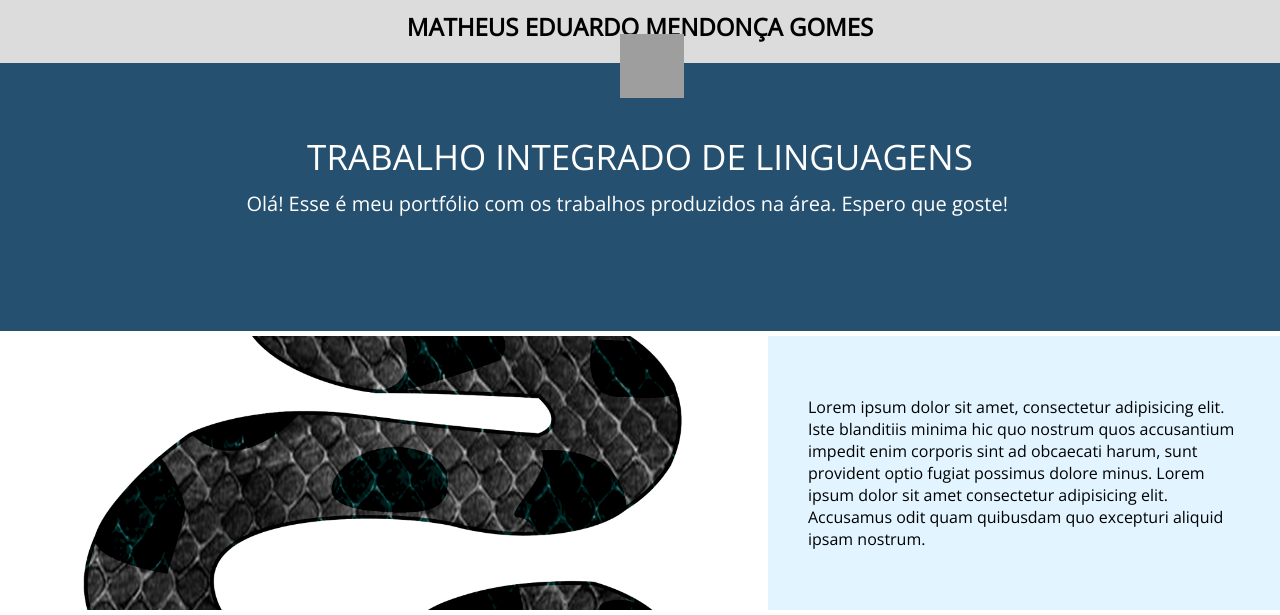
Repository: NewMatheusED/portfolio-linguagens
Page: index.html
These files come from the project's save history. The page is drawn as it stood at one moment and after a run of saves; the edit follows.
The browser window is 1280 px wide. The pictures show the part of the page from y = 0 to 615 px (the page is 1735 px tall).
Pictures or frames that could not be fetched are drawn as grey boxes. A picture or video elsewhere on the page could not be fetched, so the positions and the page height are approximate.

Above is the page before, as saved 2022-11-20 09:05:53.

### index.html
<!DOCTYPE html>
<html lang="pt-br">
<head>
    <meta charset="UTF-8">
    <link href="https://fonts.googleapis.com/css2?family=Open+Sans&display=swap" rel="stylesheet">
    <link rel="stylesheet" href="style.css">
    <meta name="viewport" content="width=device-width, initial-scale=1.0">
    <meta name="description" content="Descrição do site">
    <meta name="keywords" content="LandingPage,Início,Começo">
    <meta name="author" content="Matheus Eduardo">
    <title>Landing Page</title>
</head>
<body>
    <header>
        <div class="container">
            <h2>MATHEUS EDUARDO MENDONÇA GOMES</h2>
            <div class="clear"></div><!--clear-->
        </div><!--container-->
    </header>

    <section class="chamada">
        <div class="container">
           <div><h2>Trabalho Integrado de Linguagens</h2></div>
            <div><p>Olá! Esse é meu portfólio com os trabalhos produzidos na área. Espero que goste!
            </p></div>
                <div class="arrow"></div>
                </div><!--container-->
    </section><!--chamada-->

    <section class="mosaico">

        <div class="container">

            <div class="flex-mosaico">
                <div class="item-1-mosaico" style="background-image: url(cobra.png);">
                </div><!--item-1-mosaico-->

                <div class="item-2-mosaico">
                    <p>Lorem ipsum dolor sit amet,
                    consectetur adipisicing elit.
                    Iste blanditiis minima hic
                    quo nostrum quos accusantium
                    impedit enim corporis sint ad
                    obcaecati harum, sunt provident optio
                    fugiat possimus dolore minus.
                    Lorem ipsum dolor sit amet
                    consectetur adipisicing elit.
                    Accusamus odit quam quibusdam
                    quo excepturi aliquid ipsam nostrum. </p>
                </div><!--item-2-mosaico-->
            </div><!--flex-mosaico-->

            <div class="flex-mosaico" style="flex-direction: row-reverse;">
                <div class="item-1-mosaico" style="background-image: url(../projeto_02/mosaico2.jpg);">
                </div><!--item-1-mosaico-->

                <div class="item-2-mosaico">
                    <p>Lorem ipsum dolor sit amet,
                    consectetur adipisicing elit.
                    Iste blanditiis minima hic
                    quo nostrum quos accusantium
                    impedit enim corporis sint ad
                    obcaecati harum, sunt provident optio
                    fugiat possimus dolore minus.
                    Lorem ipsum dolor sit amet
                    consectetur adipisicing elit.
                    Accusamus odit quam quibusdam
                    quo excepturi aliquid ipsam nostrum. </p>
                </div><!--item-2-mosaico-->
            </div><!--flex-mosaico-->

            <div class="flex-mosaico">
                <div class="item-1-mosaico" style="background-image: url(../projeto_02/mosaico3.jpg);">
                </div><!--item-1-mosaico-->

                <div class="item-2-mosaico">
                    <p>Lorem ipsum dolor sit amet,
                    consectetur adipisicing elit.
                    Iste blanditiis minima hic
                    quo nostrum quos accusantium
                    impedit enim corporis sint ad
                    obcaecati harum, sunt provident optio
                    fugiat possimus dolore minus.
                    Lorem ipsum dolor sit amet
                    consectetur adipisicing elit.
                    Accusamus odit quam quibusdam
                    quo excepturi aliquid ipsam nostrum. </p>
                </div><!--item-2-mosaico-->
            </div><!--flex-mosaico-->

            <div class="flex-mosaico" style="flex-direction: row-reverse;">
                <div class="item-1-mosaico" style="background-image: url(../projeto_02/mosaico4.jpg);">
                </div><!--item-1-mosaico-->

                <div class="item-2-mosaico">
                    <p>Lorem ipsum dolor sit amet,
                    consectetur adipisicing elit.
                    Iste blanditiis minima hic
                    quo nostrum quos accusantium
                    impedit enim corporis sint ad
                    obcaecati harum, sunt provident optio
                    fugiat possimus dolore minus.
                    Lorem ipsum dolor sit amet
                    consectetur adipisicing elit.
                    Accusamus odit quam quibusdam
                    quo excepturi aliquid ipsam nostrum. </p>
                </div><!--item-2-mosaico-->
            </div><!--flex-mosaico-->
        </div><!--container-->
    </section><!--mosaico-->

    <footer>
        <div class="container">
        <p>Todos os direitos reservados</p>
        <p>Contato (00) 00000-0000</p>
        <img src="../projeto_02/logo1.png">
        </div><!--container-->
    </footer>
</body>
</html>

### style.css
* {
    margin: 0;
    padding: 0;
    box-sizing: border-box;
    font-family: 'Open Sans', sans-serif;
}

html, body {
    height: 100%;
}

.clear {
    clear: both;
}

.container {
    width: 100%;
    max-width: 1280px;
    margin: 0 auto;
}

header {
    background-color: rgb(220,220,220);
    padding: 10px 2% 20px 2%;
    text-align: center;
}

.logo-1 {
    float: left;
    margin-top: 10px;
    width: 150px;
    height: 60px;
    background-image: url(../projeto_02/logo1.png);
    background-size: 100% auto;
    background-position: center;
    background-repeat: no-repeat;
}

.logo-2 {
    float: right;
    width: 160px;
    height: 60px;
    background-image: url(../projeto_02/logo2.png);
    background-size: 100% auto;
    background-position: center;
    background-repeat: no-repeat;
}

.cover-form {
    width: 100%;
}

.bg {
    position: relative;
    height: 560px;
    background-size: cover;
    background-position: center;
    background-image: url(../projeto_02/bg-form.jpg);
}

.form-container {
    position: absolute;
    right: 30px;
    top: -2.5%;
    box-shadow: 2px 2px 2px 1px rgb(180,180,180);
    width: 400px;
    height: 105%;
    background-color: white;
}

.form-container h2 {
    font-weight: normal;
    font-size: 18px;
    color: black;
    padding: 25px 15px;
    background-color: rgb(210,210,210);
}

.form-container form {
    margin-top: 20px;
    padding: 15px;
}

.form-container form p {
    font-size: 13px;
    color: #525252;
}

.form-wraper:not(:first-child) {
    margin-top: 40px;
}

.form-wraper:last-child {
    margin-top: 20px;
}

.form-container form input[type=text] {
    width: 100%;
    border: 1px solid #ccc;
    height: 45px;
    line-height: 45px;
    padding-left: 10px;
}

.form-container form input[type=submit] {
    background-color: #033C50;
    text-transform: uppercase;
    color: white;
    width: 100%;
    font-size: 17px;
    height: 50px;
    cursor: pointer;
    border: none;
}

.chamada {
    z-index: 0;
    width: 100%;
    text-align: center;
}

.arrow {
    width: 64px;
    height: 64px;
    z-index: 3;
    background-image: url(../projeto_02/arrow.png);
    background-size: 100% 100%;
    position: relative;
    top: -183px;
    left: 50%;
    margin-left: -20px;
}

.chamada .container {
    padding: 70px 0 50px 0;
    background-color: #26506f;
}

.chamada h2 {
    text-transform: uppercase;
    width: 98%;
    max-width: 700px;
    display: inline-block;
    color: white;
    font-size: 35px;
    font-weight: normal;
}

.chamada p {
    width: 98%;
    font-size: 20px;
    color: white;
    margin-top: 10px;
    font-weight: normal;
}

.flex-mosaico {
    display: flex;
    margin-top: 5px;
}

.item-1-mosaico {
    background-size: cover;
    background-position: center;
    width: 60%;
}

.item-2-mosaico {
    background-color: #e1f4ff;
    color: black;
    padding: 60px 40px;
    width: 40%;
}

footer .container {
    text-align: center;
    padding: 40px 0;
    background-color: rgb(220,220,220);
}

footer p {
    margin-top: 8px;
}

footer img {
    width: 150px;
    margin-top: 30px;
}

@media screen and (max-width: 960px) {

    .bg {
        height: auto;
        padding: 40px 0;
        text-align: center;
    }

    .form-container {
        height: auto;
        width: 96%;
        max-width: 400px;
        display: inline-block;
        position: static;
    }
}

@media screen and (max-width:768px) {
    .flex-mosaico {
        display: block;
    }

    .item-1-mosaico {
        padding-top: 50%;
        width: 100%;
    }

    .item-2-mosaico {
        text-align: justify;
        width: 100%;
    }
}

@media screen and (max-width: 510px) {
    header {
        text-align: center;
    }

    .logo-1, .logo-2 {
        right: 0;
        text-align: center;
        margin-top: 10px;
        display: inline-block;
        float: none;
    }
}

After the next 3 saves:
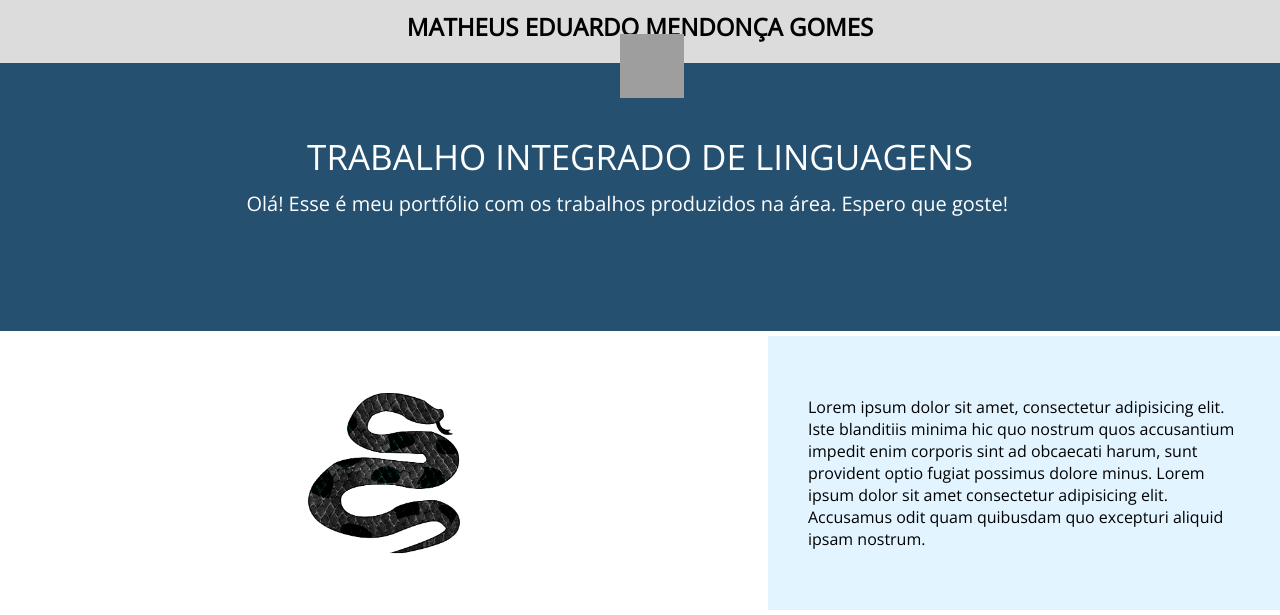
The 3 saves are shown as one change because they came seconds apart.
The last was saved 53 s later.
--- a/style.css
+++ b/style.css
@@ -160,7 +160,8 @@ header {
 }
 
 .item-1-mosaico {
-    background-size: cover;
+    background-size: contain;
+    background-repeat: no-repeat;
     background-position: center;
     width: 60%;
 }
